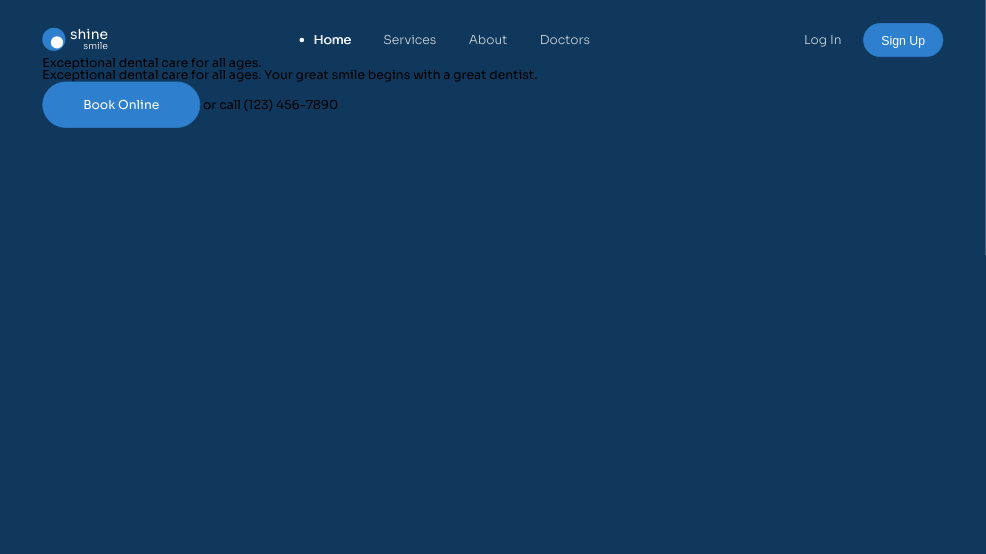
Repository: anhtien111198/f8-htmlcss-03
Page: index.html
The author's editor kept a copy of each file at every save. The page is drawn from the files as they stood at one save, then again after the next save.
The browser window is 1280 px wide. The pictures show the whole page, at 77% of full size.

Above is the page before, as saved 2023-05-12 13:37:08.

### index.html
<!DOCTYPE html>
<html lang="en">
    <head>
        <meta charset="UTF-8" />
        <meta http-equiv="X-UA-Compatible" content="IE=edge" />
        <meta name="viewport" content="width=device-width, initial-scale=1.0" />
        <title>shine smile</title>
        <!-- favicon -->
        <link
            rel="apple-touch-icon"
            sizes="57x57"
            href="./assets/favicon/apple-icon-57x57.png"
        />
        <link
            rel="apple-touch-icon"
            sizes="60x60"
            href="./assets/favicon/apple-icon-60x60.png"
        />
        <link
            rel="apple-touch-icon"
            sizes="72x72"
            href="./assets/favicon/apple-icon-72x72.png"
        />
        <link
            rel="apple-touch-icon"
            sizes="76x76"
            href="./assets/favicon/apple-icon-76x76.png"
        />
        <link
            rel="apple-touch-icon"
            sizes="114x114"
            href="./assets/favicon/apple-icon-114x114.png"
        />
        <link
            rel="apple-touch-icon"
            sizes="120x120"
            href="./assets/favicon/apple-icon-120x120.png"
        />
        <link
            rel="apple-touch-icon"
            sizes="144x144"
            href="./assets/favicon/apple-icon-144x144.png"
        />
        <link
            rel="apple-touch-icon"
            sizes="152x152"
            href="./assets/favicon/apple-icon-152x152.png"
        />
        <link
            rel="apple-touch-icon"
            sizes="180x180"
            href="./assets/favicon/apple-icon-180x180.png"
        />
        <link
            rel="icon"
            type="image/png"
            sizes="192x192"
            href="./assets/favicon/android-icon-192x192.png"
        />
        <link
            rel="icon"
            type="image/png"
            sizes="32x32"
            href="./assets/favicon/favicon-32x32.png"
        />
        <link
            rel="icon"
            type="image/png"
            sizes="96x96"
            href="./assets/favicon/favicon-96x96.png"
        />
        <link
            rel="icon"
            type="image/png"
            sizes="16x16"
            href="./assets/favicon/favicon-16x16.png"
        />
        <link rel="manifest" href="./assets/favicon/manifest.json" />
        <meta name="msapplication-TileColor" content="#ffffff" />
        <meta
            name="msapplication-TileImage"
            content="./assets/favicon/ms-icon-144x144.png"
        />
        <meta name="theme-color" content="#ffffff" />
        <!-- font -->
        <link rel="preconnect" href="https://fonts.googleapis.com" />
        <link rel="preconnect" href="https://fonts.gstatic.com" crossorigin />
        <link
            href="https://fonts.googleapis.com/css2?family=Sora:wght@200;300;400;500;600;700;800&display=swap"
            rel="stylesheet"
        />
        <!-- reset css -->
        <link rel="stylesheet" href="./assets/css/reset.css" />
        <!-- style css -->
        <link rel="stylesheet" href="./assets/css/style.css" />
    </head>
    <body>
        <header class="header">
            <div class="container">
                <!-- header top -->
                <div class="header-top">
                    <!-- logo -->
                    <a href="/">
                        <div class="logo">
                            <span class="logo__circle"></span>
                            <span class="logo__text">
                                <span class="logo__brand">shine</span>
                                <span class="logo__brand logo__brand--small">
                                    smile
                                </span>
                            </span>
                        </div>
                    </a>
                    <!-- navbar -->
                    <nav class="navbar">
                        <ul class="navbar__list">
                            <li class="navbar__item">
                                <a
                                    href="#!"
                                    class="navbar__link navbar__link--active"
                                >
                                    Home
                                </a>
                            </li>
                            <li class="navbar__item">
                                <a href="#!" class="navbar__link">Services</a>
                            </li>
                            <li class="navbar__item">
                                <a href="#!" class="navbar__link">About</a>
                            </li>
                            <li class="navbar__item">
                                <a href="#!" class="navbar__link">Doctors</a>
                            </li>
                        </ul>
                    </nav>
                    <!-- action -->
                    <div class="header-action">
                        <a href="#!" class="header-action__login">Log In</a>
                        <button href="#!" class="btn header-action__signup">
                            Sign Up
                        </button>
                    </div>
                </div>
                <!-- Hero -->
                <section class="hero">
                    <!-- hero content -->
                    <section class="hero__content">
                        <h1 class="hero__heading">
                            Exceptional dental care for all ages.
                        </h1>
                        <p class="hero__desc">
                            Exceptional dental care for all ages. Your great
                            smile begins with a great dentist.
                        </p>
                        <div class="hero__row">
                            <a href="" class="btn">Book Online</a>
                            <span class="hero__phone"
                                >or call (123) 456-7890</span
                            >
                        </div>
                    </section>
                    <!-- hero media -->
                    <div class="hero__media">
                        <figure class="hero__images">
                            <img src="" alt="" class="hero__img" />
                            <img src="" alt="" class="hero__img" />
                        </figure>
                    </div>
                </section>
            </div>
        </header>
    </body>
</html>

### assets/css/style.css
* {
    box-sizing: border-box;
}
:root {
    --header-bg: #10375c;
}
html {
    font-size: 62.5%;
}
body {
    font-size: 1.6rem;
    font-family: "Sora", sans-serif;
}
/* ======Common========= */
a {
    text-decoration: none;
}
.container {
    width: 1170px;
    max-width: calc(100% - 48px);
    margin: 0 auto;
}
.btn {
    --height: 60px;
    display: inline-block;
    min-width: 205px;
    height: var(--height);
    padding: 0 20px;
    border-radius: 99px;
    border: 1px solid #2e80ce;
    font-size: 1.6rem;
    font-weight: 400;
    line-height: var(--height);
    color: #fff;
    text-align: center;
    background: #2e80ce;
}
.btn:hover {
    opacity: 0.9;
    cursor: pointer;
}
/* ========header============= */
.header {
    min-height: 100vh;
    padding-top: 30px;
    background: var(--header-bg);
}
.logo {
    position: relative;
    display: inline-flex;
    font-size: 1rem;
}
.logo__circle::after,
.logo__circle::before {
    content: "";
    display: inline-block;
    border-radius: 50%;
}
.logo__circle::before {
    width: 3em;
    height: 3em;
    background: #2e80ce;
}
.logo__circle::after {
    position: absolute;
    top: 1.1em;
    left: 1.1em;
    width: 1.6em;
    height: 1.6em;
    background: #ffffff;
}
.logo__text {
    margin-left: 0.6em;
    text-align: right;
    line-height: 1.6em;
}
.logo__brand {
    display: block;
    font-size: 1.8em;
    font-weight: 400;
    color: #ffffff;
}
.logo__brand--small {
    font-size: 1.2em;
    font-weight: 300;
}
/* ========Header top========== */
.header-top {
    display: flex;
    align-items: center;
    justify-content: space-between;
}
.navbar__list {
    display: flex;
}
.header-action__login,
.navbar__link {
    padding: 4px 21px;
    font-weight: 300;
    font-size: 1.6rem;
    color: #c9d2da;
}
.navbar__link:hover,
.navbar__link--active {
    color: #fff;
    text-shadow: 1px 0 0 currentColor;
}
.navbar__link--active::before {
    position: relative;
    top: -2px;
    left: -8px;
    content: "";
    display: inline-block;
    width: 6px;
    height: 6px;
    border-radius: 50%;
    background: #fff;
}
.header-action {
    display: flex;
    align-items: center;
}
.header-action__login {
    margin-right: 7px;
}
.header-action__signup {
    --height: 44px;
    min-width: 104px;
}

Loaded but not shown: assets/css/reset.css (common file)

After the next save:
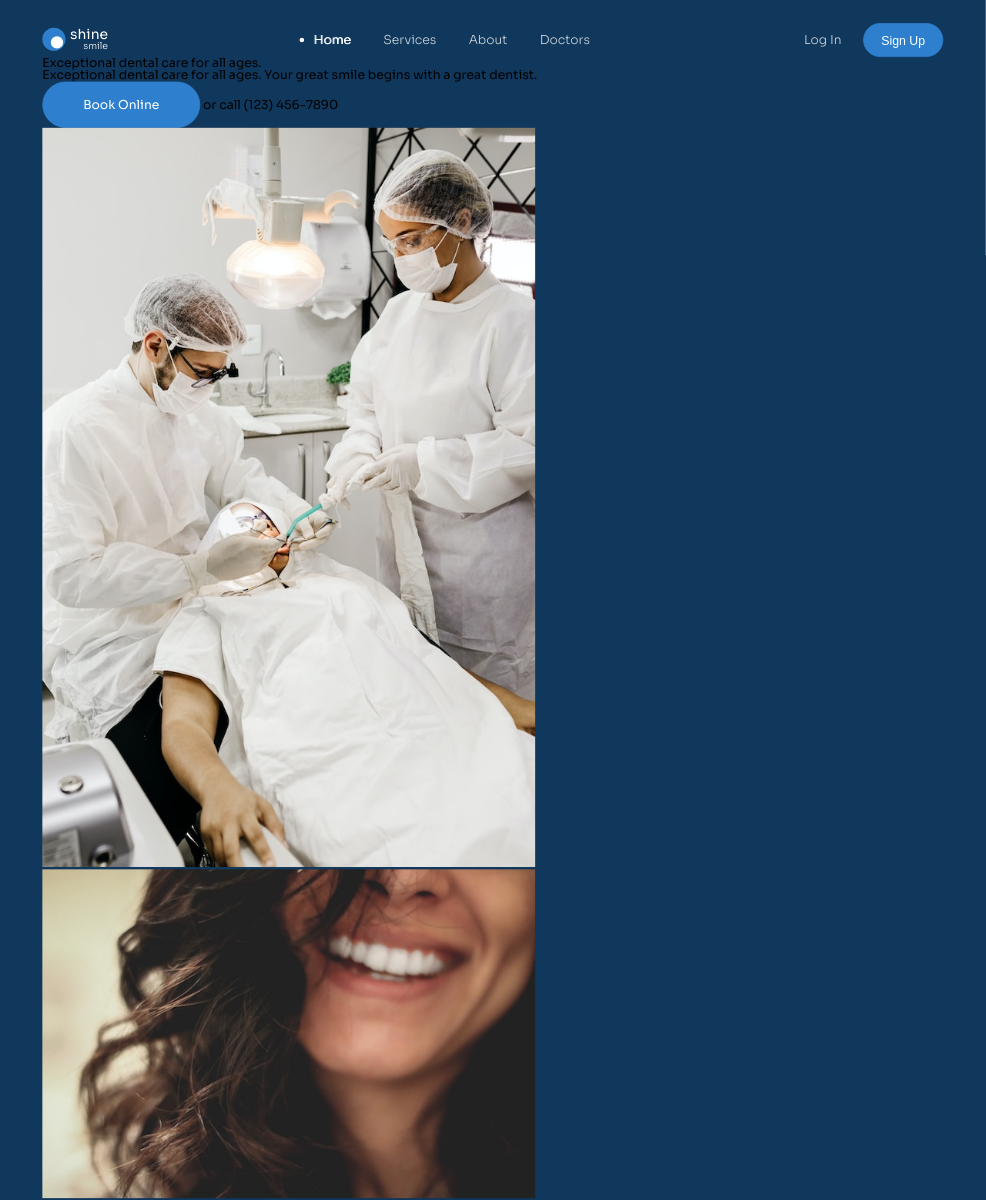
Saved 5 min 33 s later.
--- a/index.html
+++ b/index.html
@@ -162,8 +162,16 @@
                     <!-- hero media -->
                     <div class="hero__media">
                         <figure class="hero__images">
-                            <img src="" alt="" class="hero__img" />
-                            <img src="" alt="" class="hero__img" />
+                            <img
+                                src="./assets/image/hero-01jpg.jpg"
+                                alt=""
+                                class="hero__img"
+                            />
+                            <img
+                                src="./assets/image/hero-02.jpg"
+                                alt=""
+                                class="hero__img"
+                            />
                         </figure>
                     </div>
                 </section>
